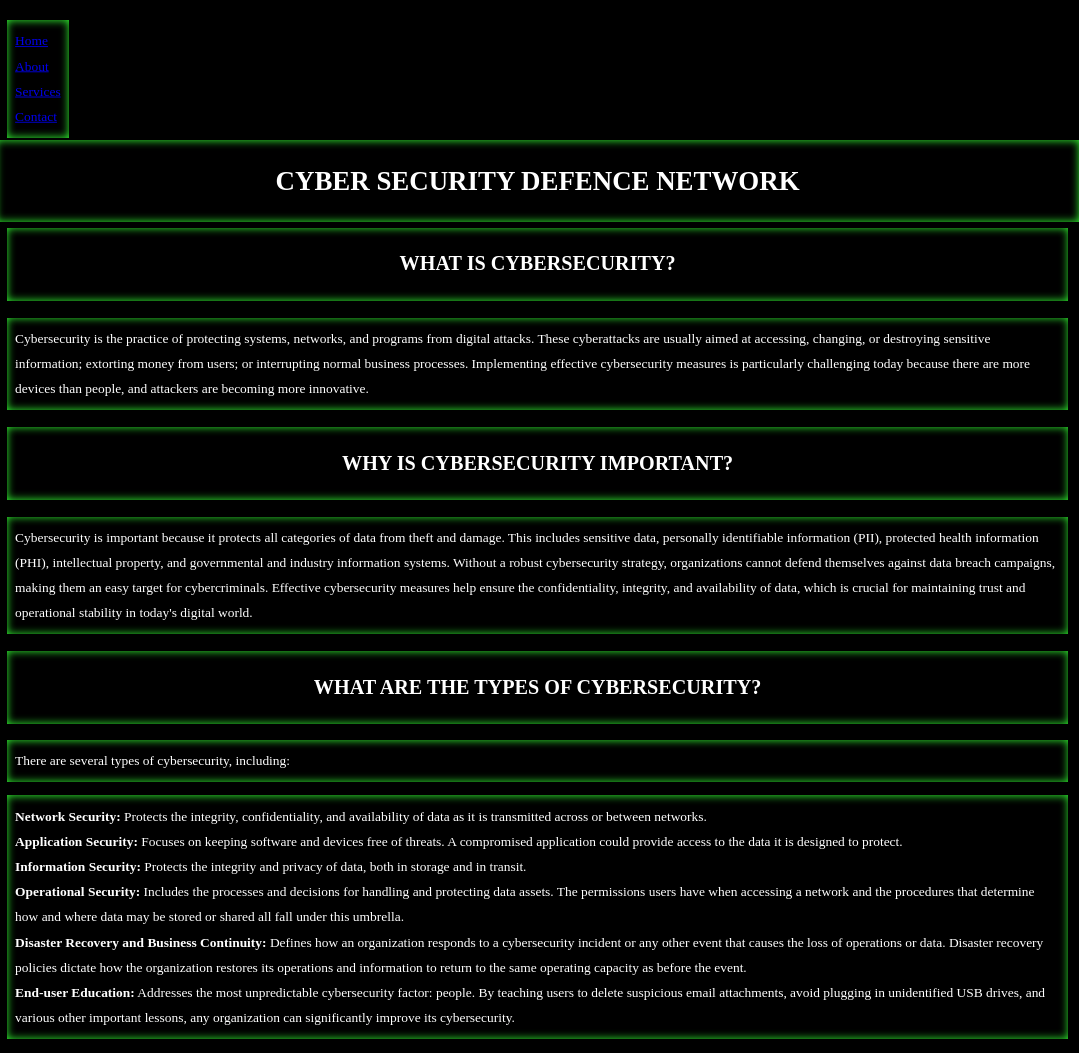
Repository: newworldhost/nwh
Page: index.html
An editor plug-in stored every save of this project. The page is shown before and after the next save, followed by the edit.
The browser window is 1280 px wide. The page is 1285 px wide, so the pictures cover 1285 px, including what lies to the right of the window. The pictures show the whole page, at 84% of full size.

Above is the page before, as saved 2025-03-04 15:50:38.

### index.html
<!DOCTYPE html>
<html lang="en">
<head>
    <meta charset="UTF-8">
    <meta name="viewport" content="width=device-width, initial-scale=1.0">
    <meta name="author" content="cyber security defence network">
    <meta name="description" content="cyber security defence network">
    <meta name="keywords" content="cyber security defence network">
    <link rel="stylesheet" href="style.css">
    <title>cyber security defence network</title>
</head>
<body>
    <header>
        <nav>
            <ul>
                <li><a href="index.html">Home</a></li>
                <li><a href="about.html">About</a></li>
                <li><a href="services.html">Services</a></li>
                <li><a href="contact.html">Contact</a></li>
            </ul>
        </nav>
    <h1>cyber security defence network</h1>

    <h2>What is cybersecurity?</h2>
    <p>Cybersecurity is the practice of protecting systems, networks, and programs from digital attacks. These cyberattacks are usually aimed at accessing, changing, or destroying sensitive information; extorting money from users; or interrupting normal business processes. Implementing effective cybersecurity measures is particularly challenging today because there are more devices than people, and attackers are becoming more innovative.</p>
    <h2>Why is cybersecurity important?</h2>
    <p>Cybersecurity is important because it protects all categories of data from theft and damage. This includes sensitive data, personally identifiable information (PII), protected health information (PHI), intellectual property, and governmental and industry information systems. Without a robust cybersecurity strategy, organizations cannot defend themselves against data breach campaigns, making them an easy target for cybercriminals. Effective cybersecurity measures help ensure the confidentiality, integrity, and availability of data, which is crucial for maintaining trust and operational stability in today's digital world.</p>
    <h2>What are the types of cybersecurity?</h2>
    <p>There are several types of cybersecurity, including:</p>
    <ul>
        <li><strong>Network Security:</strong> Protects the integrity, confidentiality, and availability of data as it is transmitted across or between networks.</li>
        <li><strong>Application Security:</strong> Focuses on keeping software and devices free of threats. A compromised application could provide access to the data it is designed to protect.</li>
        <li><strong>Information Security:</strong> Protects the integrity and privacy of data, both in storage and in transit.</li>
        <li><strong>Operational Security:</strong> Includes the processes and decisions for handling and protecting data assets. The permissions users have when accessing a network and the procedures that determine how and where data may be stored or shared all fall under this umbrella.</li>
        <li><strong>Disaster Recovery and Business Continuity:</strong> Defines how an organization responds to a cybersecurity incident or any other event that causes the loss of operations or data. Disaster recovery policies dictate how the organization restores its operations and information to return to the same operating capacity as before the event.</li>
        <li><strong>End-user Education:</strong> Addresses the most unpredictable cybersecurity factor: people. By teaching users to delete suspicious email attachments, avoid plugging in unidentified USB drives, and various other important lessons, any organization can significantly improve its cybersecurity.</li>
    </ul>
</body>
</html>

### style.css
h1 {
    text-align: center;
    background-color: black;
    color:white;
    padding:30px;
    text-transform: uppercase;
    box-shadow: inset 0 0 10px #33ff33;
    margin:-13px;
}
h2 {
    text-align: center;
    background-color: black;
    color:white;
    padding:30px;
    text-transform: uppercase;
    box-shadow: inset 0 0 10px #33ff33;
}
p {
    background-color:black;
    color:white;
    padding:10px;
    box-shadow: inset 0 0 10px #33ff33;
    line-height: 30px;
    list-style-type: none;
}
body {
    background-color:black;
}
ul {
    background-color:black;
    color:white;
    padding:10px;
    box-shadow: inset 0 0 10px #33ff33;
    line-height: 30px;
    list-style-type: none;
}
nav {
    background-color:black;
    color:white;
    display: flex;

}

After the next save:
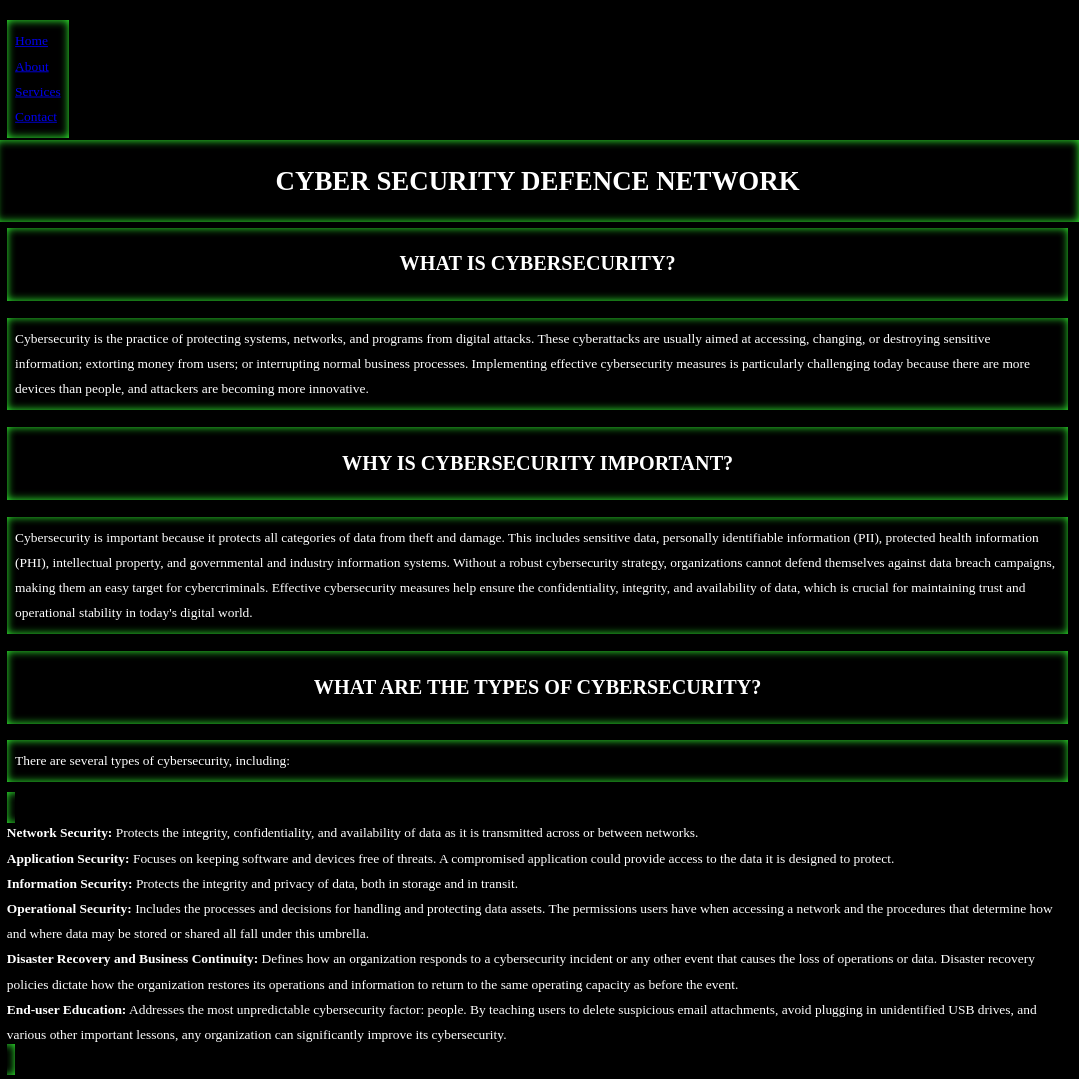
Saved 19 s later.
--- a/style.css
+++ b/style.css
@@ -1,42 +1,42 @@
 h1 {
     text-align: center;
     background-color: black;
-    color:white;
-    padding:30px;
+    color: white;
+    padding: 30px;
     text-transform: uppercase;
     box-shadow: inset 0 0 10px #33ff33;
-    margin:-13px;
+    margin: -13px;
 }
 h2 {
     text-align: center;
     background-color: black;
-    color:white;
-    padding:30px;
+    color: white;
+    padding: 30px;
     text-transform: uppercase;
     box-shadow: inset 0 0 10px #33ff33;
 }
 p {
-    background-color:black;
-    color:white;
-    padding:10px;
+    background-color: black;
+    color: white;
+    padding: 10px;
     box-shadow: inset 0 0 10px #33ff33;
     line-height: 30px;
     list-style-type: none;
 }
 body {
-    background-color:black;
+    background-color: black;
 }
 ul {
-    background-color:black;
-    color:white;
-    padding:10px;
+    background-color: black;
+    color: white;
+    padding: 10px;
     box-shadow: inset 0 0 10px #33ff33;
     line-height: 30px;
     list-style-type: none;
+    display: inline; /* Add this line */
 }
 nav {
-    background-color:black;
-    color:white;
-    display: flex;
-
+    background-color: black;
+    color: white;
+    display: flex; /* Change this line */
 }
